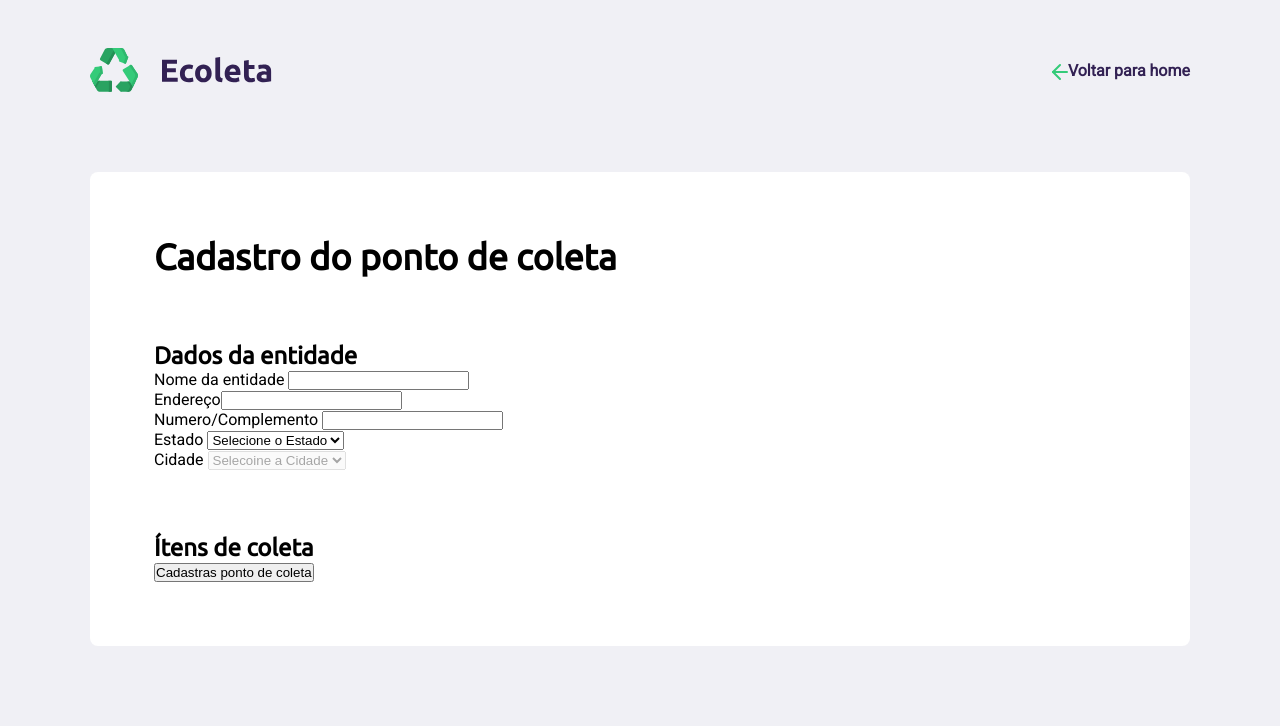
Repository: ivobass/NextLevelWeek
Page: create-point.html
The author's editor kept a copy of each file at every save. The page is drawn from the files as they stood at one save, then again after the next save.
The browser window is 1280 px wide. The pictures show the whole page.

Above is the page before, as saved 2020-06-02 23:38:55.

After the next save:
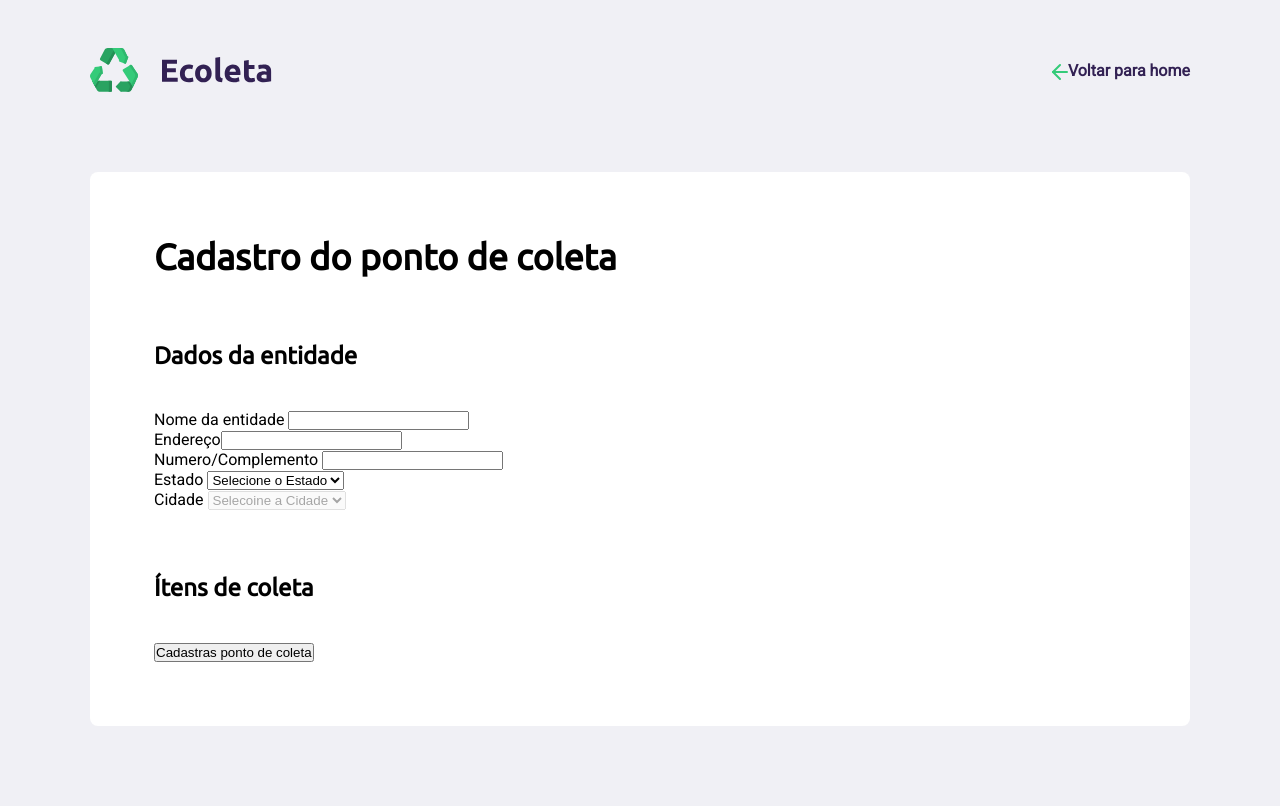
Saved 6 s later.
--- a/styles/create-point.css
+++ b/styles/create-point.css
@@ -50,5 +50,5 @@ form fieldset {
 }
 
 form legend {
-    margin-bottom: 0;
+    margin-bottom: 40px;
 }
